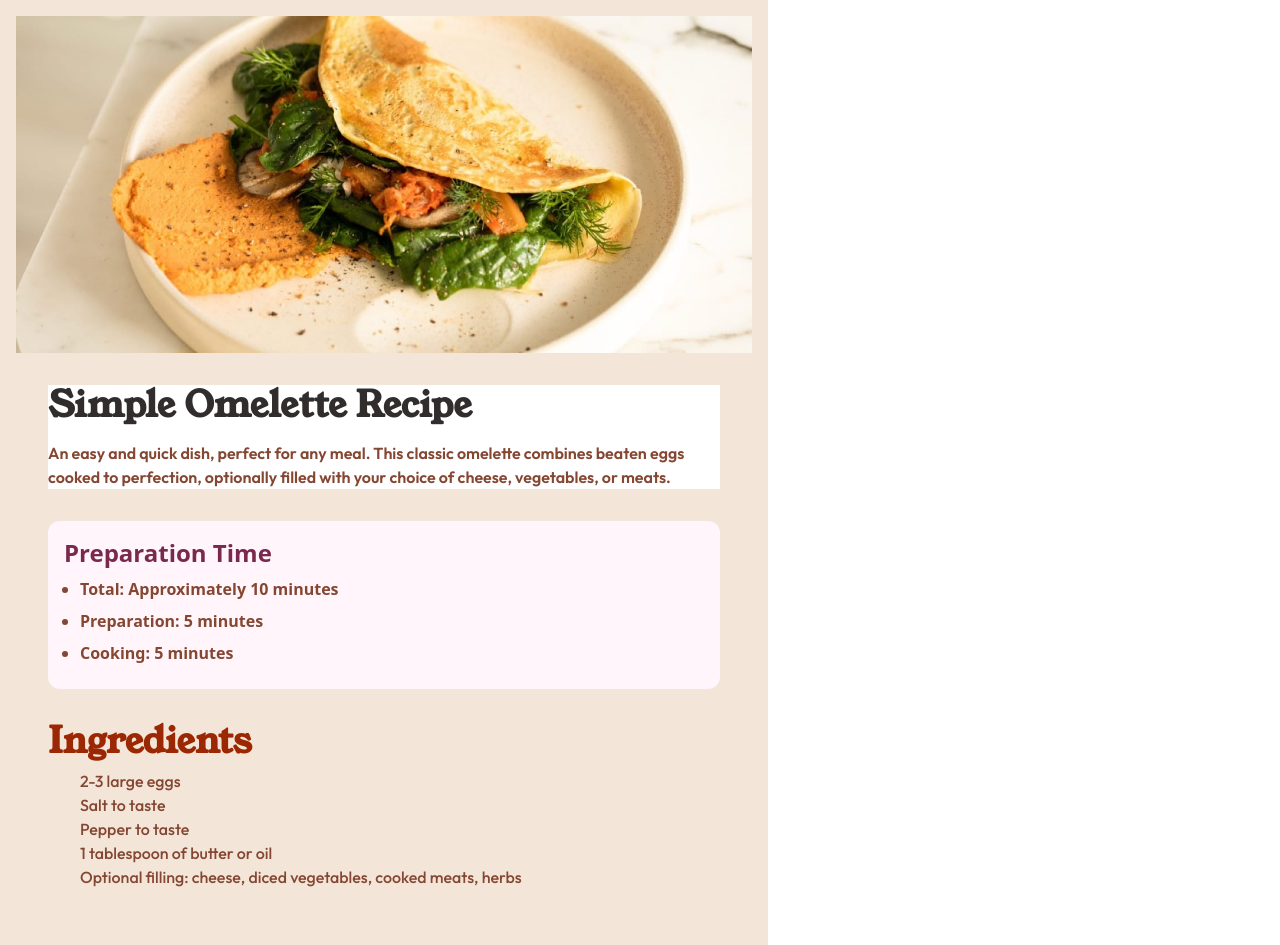
Repository: nivrii/recipe-page-main
Page: /
These files come from the project's save history. The page is drawn as it stood at one moment and after the next save; the edit follows.
The browser window is 1280 px wide. The pictures show the whole page.
The project was rebuilt for these pictures with package versions that can differ from the ones it lists, and the page was loaded fresh each time. Also part of the build but not shown: vite.config.js, src/index.css.

Above is the page before, as saved 2024-03-23 15:22:44.

After the next save:
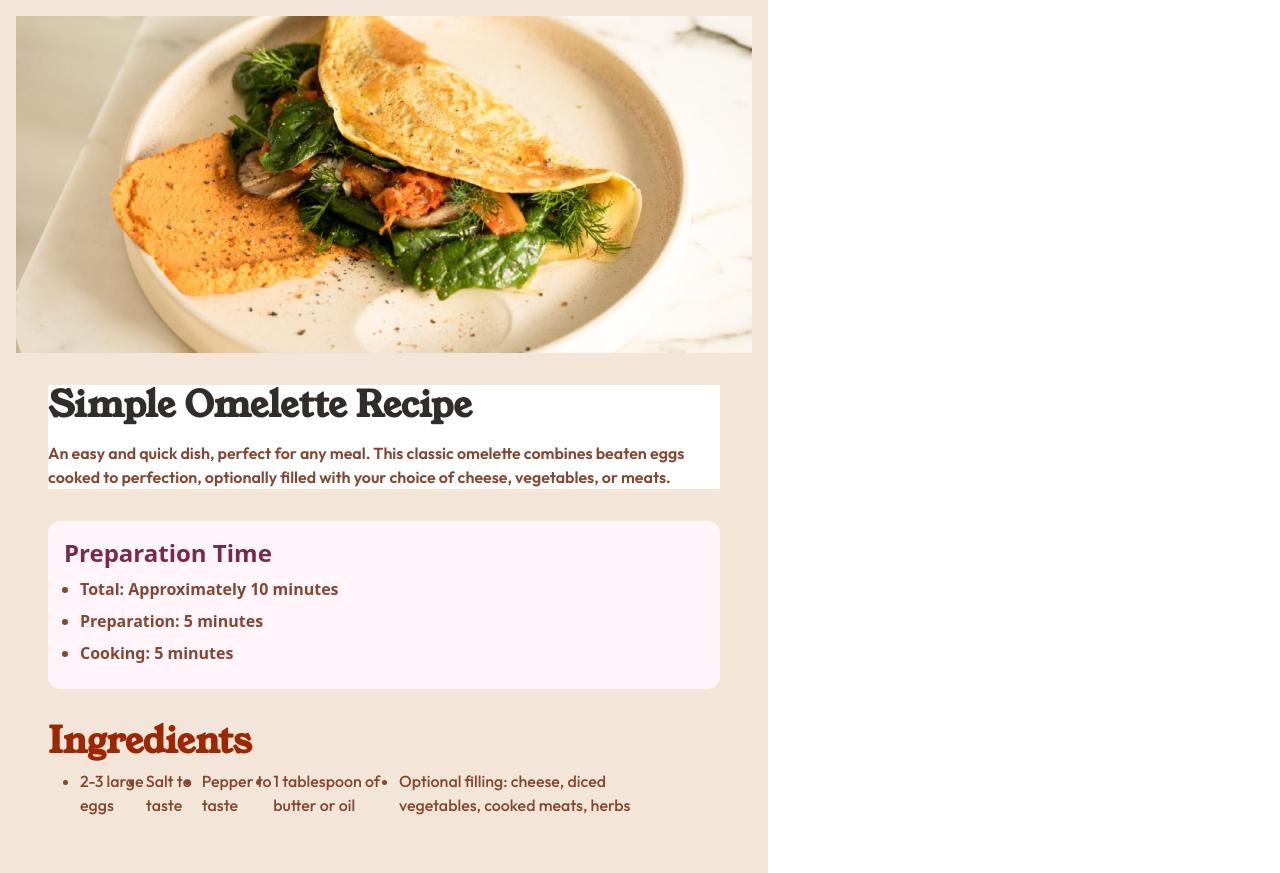
Saved 22 s later.
--- a/src/App.jsx
+++ b/src/App.jsx
@@ -38,12 +38,16 @@
         <h1 className="text-left text-nutmegLight text-4xl font-bold font-young ">
           Ingredients
         </h1>
-        <ul className="list-disc px-4 font-outfit my-2 mx-4 text-nutmeg font-medium">
-          <li className="flex align-middle">2-3 large eggs</li>
-          <li className="flex align-middle">Salt to taste</li>
-          <li className="flex align-middle">Pepper to taste</li>
-          <li className="flex align-middle">1 tablespoon of butter or oil</li>
-          <li className="flex align-middle">
+        <ul className="list-disc flex align-middle
+flex align-middle
+flex align-middle
+flex align-middle
+flex align-middle px-4 font-outfit my-2 mx-4 text-nutmeg font-medium">
+          <li className="">2-3 large eggs</li>
+          <li className="">Salt to taste</li>
+          <li className="">Pepper to taste</li>
+          <li className="">1 tablespoon of butter or oil</li>
+          <li className="">
             Optional filling: cheese, diced vegetables, cooked meats, herbs
           </li>
         </ul>

After the 2 saves that followed:
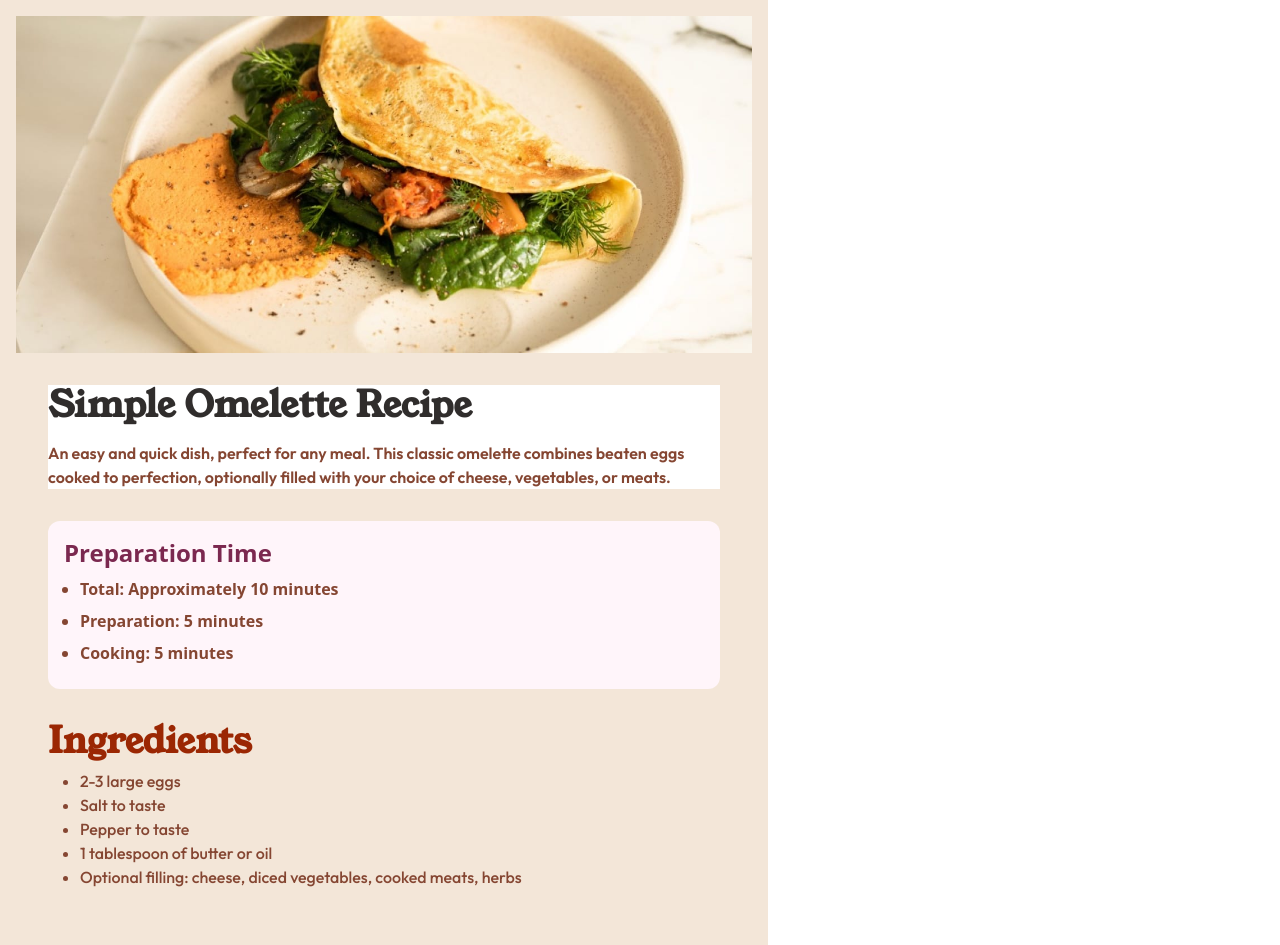
The 2 saves are shown as one change because 1 left the picture as it was.
The last was saved 19 s later.
--- a/src/App.jsx
+++ b/src/App.jsx
@@ -38,11 +38,7 @@
         <h1 className="text-left text-nutmegLight text-4xl font-bold font-young ">
           Ingredients
         </h1>
-        <ul className="list-disc flex align-middle
-flex align-middle
-flex align-middle
-flex align-middle
-flex align-middle px-4 font-outfit my-2 mx-4 text-nutmeg font-medium">
+        <ul className="list-disc flex flex-col align-middle px-4 font-outfit my-2 mx-4 text-nutmeg font-medium">
           <li className="">2-3 large eggs</li>
           <li className="">Salt to taste</li>
           <li className="">Pepper to taste</li>
